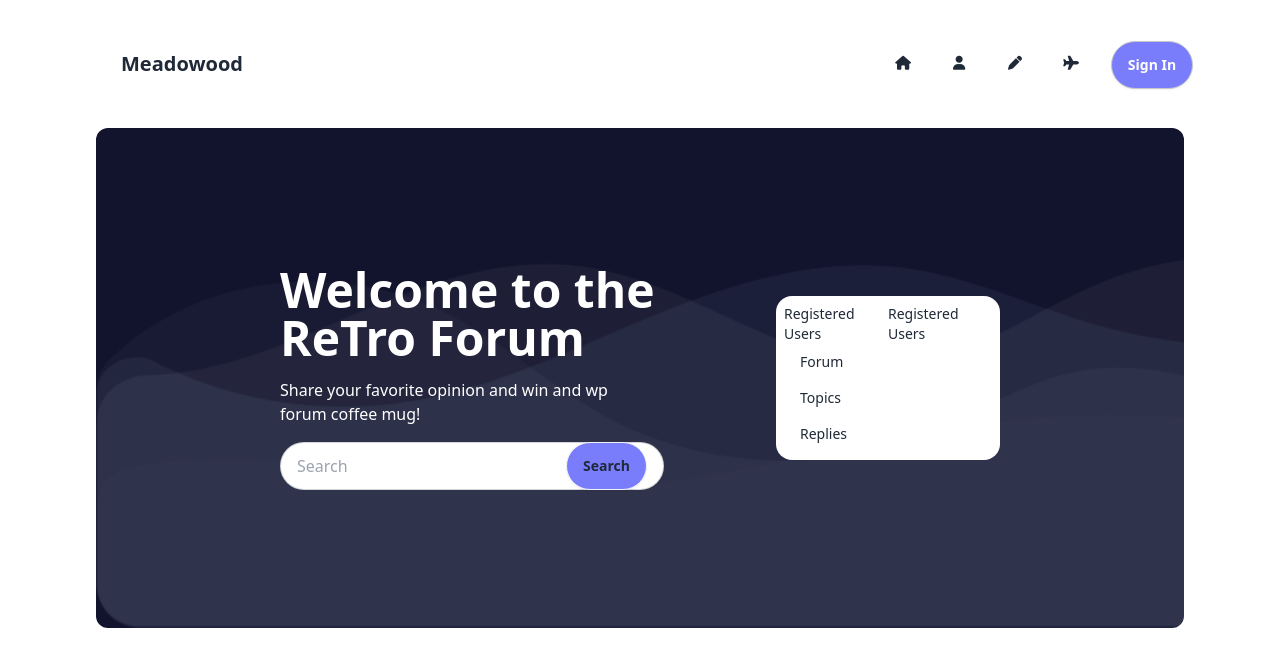
Repository: RudrasahaDibos/Meadowood-Forum
Page: index.html
These files come from the project's save history. The page is drawn as it stood at one moment and after a run of saves; the edit follows.
The browser window is 1280 px wide. The pictures show the whole page.
Some web libraries are served in a nearby version.

Above is the page before, as saved 2024-11-24 12:53:30.

After the next 2 saves:
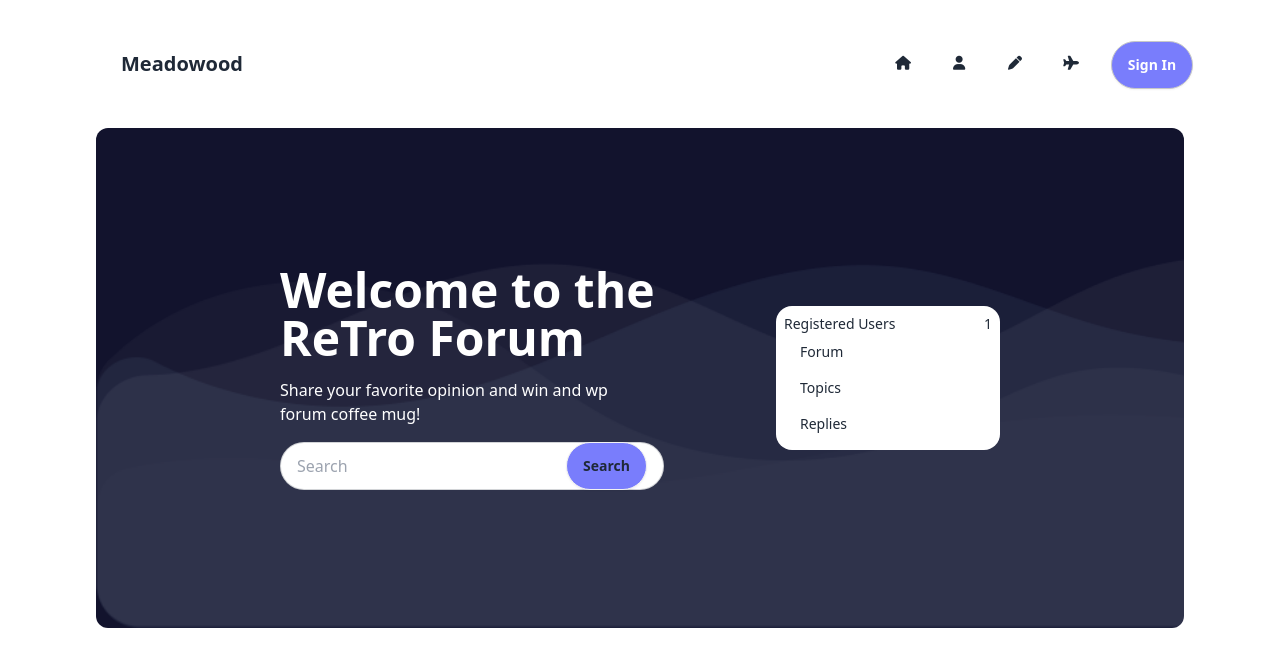
The 2 saves are shown as one change because they came seconds apart.
The last was saved 5 s later.
--- a/index.html
+++ b/index.html
@@ -85,7 +85,7 @@
                    <div>
                     <ul class="menu bg-[#FFFFFF] rounded-box w-56">
 
-                        <div class="flex justify-between"><a>Registered Users</a><a>Registered Users</a></div>
+                        <div class="flex justify-between"><a>Registered Users</a><a>1</a></div>
                         <li><a>Forum</a></li>
                         <li><a>Topics</a></li>
                         <li><a>Replies</a></li>
